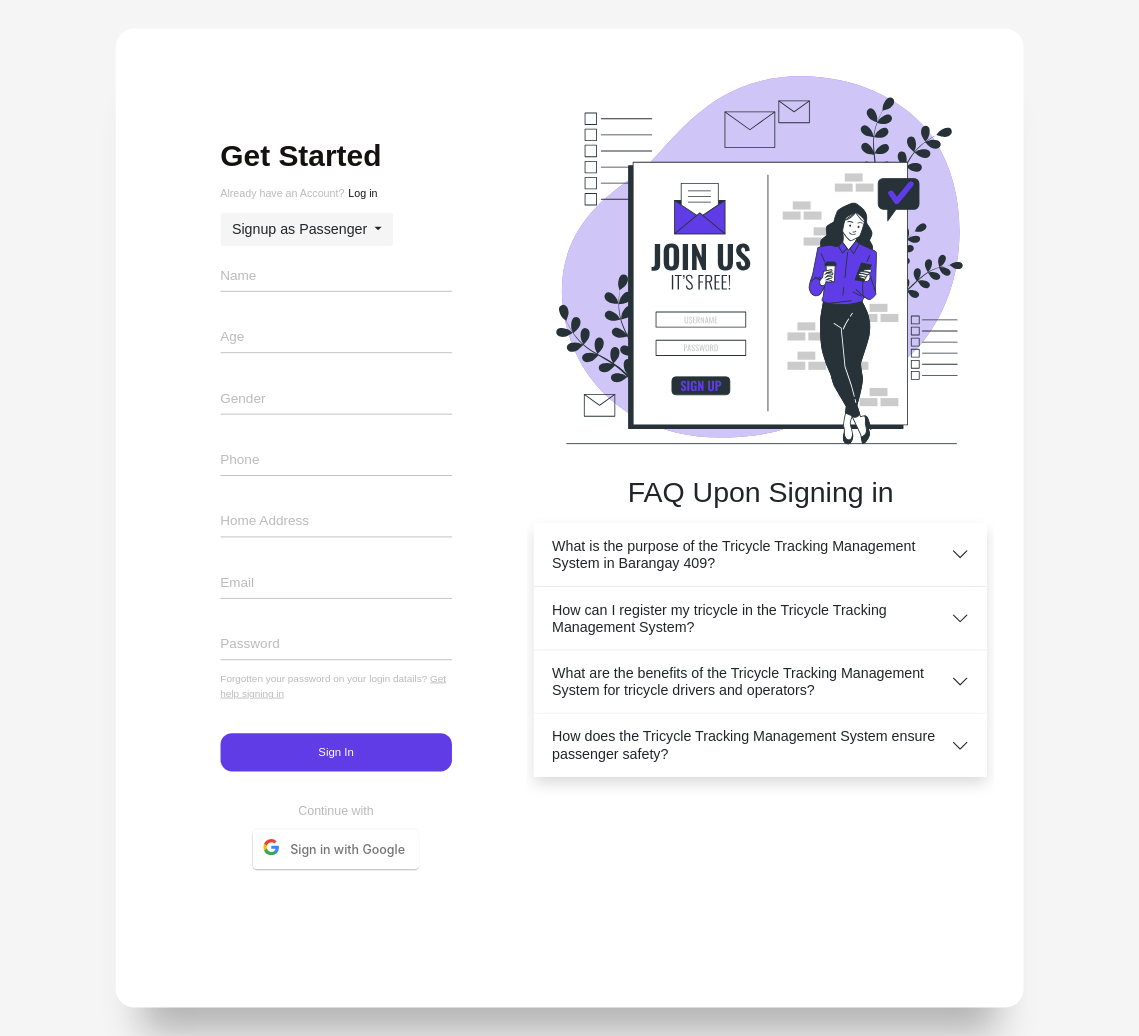
Repository: adrcstro/plate-to-place
Page: http://localhost/Loginsystem/Passenger.php
These files come from the project's save history. The page is drawn as it stood at one moment and after the next save; the edit follows.
The browser window is 1280 px wide. The pictures show the whole page, at 89% of full size.
Some web fonts or font styles are not loaded; a fallback is used. Some web libraries are served in a nearby version. The page is run by PHP 8.4 with error messages shown; the project is at /var/www/html/.

Above is the page before, as saved 2023-10-31 15:42:51.

### Loginsystem/Passenger.php
<!DOCTYPE html>
<html lang="en">
<head>
    <meta charset="UTF-8">
    <meta name="viewport" content="width=device-width, initial-scale=1.0">
    <link rel="shortcut icon" type="x-icon" href="../images/webicon.png">
    <link rel="stylesheet" href="../css/bootstrap.min.css">
    <link rel="stylesheet" href="https://cdnjs.cloudflare.com/ajax/libs/font-awesome/6.3.0/css/all.min.css" integrity="sha512-SzlrxWUlpfuzQ+pcUCosxcglQRNAq/DZjVsC0lE40xsADsfeQoEypE+enwcOiGjk/bSuGGKHEyjSoQ1zVisanQ==" crossorigin="anonymous" referrerpolicy="no-referrer"/>
    <link rel="stylesheet" href="passenger.css">

    <title>Brangay409-3WHeel-Tracking-System</title>
</head>

<body>

<main>
      <div class="box">
        <div class="inner-box">
          <div class="forms-wrap">
            <form action="index.html" autocomplete="off" class="sign-in-form">

<script>
    function changeLoginType(type) {
        document.getElementById('loginDropdown').innerText = 'Login as ' + type;
    }
</script>
              <div class="heading">
                <h2>Get Started</h2>
                <h6>Already have an Account?</h6>
                <a href="login.php" class="loginaccount" data-target="img-2">Log in</a>
              </div>
              <div class="dropdown">
    <button class="btn dropdown-toggle" type="button" data-bs-toggle="dropdown" aria-expanded="false" id="loginDropdown">
        Signup as Passenger
    </button>
    <ul class="dropdown-menu">
        <li><a class="dropdown-item" href="Passenger.php" onclick="changeLoginType('Passenger')">Passenger</a></li>
        <li><a class="dropdown-item" href="Driverlogin.php" onclick="changeLoginType('Driver')">Driver</a></li>

    </ul>
</div>
<div class="formsignin">



              <div class="actual-form">
                <div class="input-wrap">
                  <input
                    type="text"
                    minlength="4"
                    class="input-field"
                    autocomplete="off"
                    required
                  />
                  <label>Name</label>
                </div>

                <div class="input-wrap">
                  <input
                    type="password"
                    minlength="4"
                    class="input-field"
                    autocomplete="off"
                    required
                  />
                  <label>Age</label>
                </div>

                <div class="input-wrap">
                  <input
                    type="text"
                    minlength="4"
                    class="input-field"
                    autocomplete="off"
                    required
                  />
                  <label>Gender</label>
                </div>

                <div class="input-wrap">
                  <input
                    type="text"
                    minlength="4"
                    class="input-field"
                    autocomplete="off"
                    required
                  />
                  <label>Phone</label>
                </div>
                <div class="input-wrap">
                  <input
                    type="text"
                    minlength="4"
                    class="input-field"
                    autocomplete="off"
                    required
                  />
                  <label>Home Address</label>
                </div>

                <div class="input-wrap">
                  <input
                    type="text"
                    minlength="4"
                    class="input-field"
                    autocomplete="off"
                    required
                  />
                  <label>Email</label>
                </div>
                <div class="input-wrap">
                  <input
                    type="text"
                    minlength="4"
                    class="input-field"
                    autocomplete="off"
                    required
                  />
                  <label>Password</label>
                </div>
                <p class="text">
                  Forgotten your password on your login datails?

                  <a href="Forgotpassword.php" data-target="img-2">Get help signing in</a>
                </p>
                <input type="submit" value="Sign In" class="sign-btn" />
                <h5 id="textcon">Continue with</h5>
                <button type="button" class="login-with-google-btn" >
                Sign in with Google
                 </button>
              </div>
              </div>
            </form>


          </div>
          <div class="carousel">
  <div class="images-wrapper">
    <img src="../images/Signup.svg" class="image img-2 show" alt="" />
  </div>

  <div class="col-md-12">
         <h2 class="mt-2 text-center" id="FAQ">FAQ Upon Signing in</h2>
         <div class="accordion accordion-flush p-2" id="accordionFlushExample">
          <div class="accordion-item bg-white shadow">
            <h2 class="accordion-header">
              <button class="accordion-button collapsed" type="button" data-bs-toggle="collapse" data-bs-target="#flush-collapseOne" aria-expanded="false" aria-controls="flush-collapseOne">
                What is the purpose of the Tricycle Tracking Management System in Barangay 409?
              </button>
            </h2>
            <div id="flush-collapseOne" class="accordion-collapse collapse" data-bs-parent="#accordionFlushExample">
              <div class="accordion-body">The Tricycle Tracking Management System aims to streamline tricycle operations and ensure passenger safety and efficient transportation services within the barangay.</div>
            </div>
          </div>
          <div class="accordion-item shadow">
            <h2 class="accordion-header">
              <button class="accordion-button collapsed" type="button" data-bs-toggle="collapse" data-bs-target="#flush-collapseTwo" aria-expanded="false" aria-controls="flush-collapseTwo">
                How can I register my tricycle in the Tricycle Tracking Management System?
              </button>
            </h2>
            <div id="flush-collapseTwo" class="accordion-collapse collapse" data-bs-parent="#accordionFlushExample">
              <div class="accordion-body">To register your tricycle, visit the barangay office and submit the required documents, including the tricycle's registration papers, driver's license, and other necessary permits.</div>
            </div>
          </div>
          <div class="accordion-item shadow">
            <h2 class="accordion-header">
              <button class="accordion-button collapsed" type="button" data-bs-toggle="collapse" data-bs-target="#flush-collapseThree" aria-expanded="false" aria-controls="flush-collapseThree">
                What are the benefits of the Tricycle Tracking Management System for tricycle drivers and operators?
              </button>
            </h2>
            <div id="flush-collapseThree" class="accordion-collapse collapse" data-bs-parent="#accordionFlushExample">
              <div class="accordion-body">The system provides improved transparency in fare collection, enhances security measures for both drivers and passengers, and facilitates better route planning, leading to increased efficiency and profitability for tricycle operators.
              </div>
            </div>
          </div>

          <div class="accordion-item shadow">
            <h2 class="accordion-header">
              <button class="accordion-button collapsed" type="button" data-bs-toggle="collapse" data-bs-target="#flush-collapseFour" aria-expanded="false" aria-controls="flush-collapseFour">
                How does the Tricycle Tracking Management System ensure passenger safety?
              </button>
            </h2>
            <div id="flush-collapseFour" class="accordion-collapse collapse" data-bs-parent="#accordionFlushExample">
              <div class="accordion-body">The system integrates safety measures such as  Report Management, Legal Action Provider, and driver identification features, which enable swift responses to any emergency situations during tricycle rides.</div>
            </div>
          </div>



        </div>
         </div>


</div>
        </div>
      </div>
    </main>



</body>
<script src="../js/bootstrap.bundle.js"></script>
    <script src="login.js"></script>

</html>

### Loginsystem/passenger.css
@import url("https://fonts.googleapis.com/css2?family=Poppins:wght@200;300;400;500;600;700;800&display=swap");
@import url('https://fonts.googleapis.com/css2?family=Advent+Pro:wght@200&display=swap');
@import url('https://fonts.googleapis.com/css2?family=Advent+Pro:wght@200&family=Montserrat+Alternates&display=swap');
@import url('http://fonts.googleapis.com/css?family=Open+Sans:400,700');
*,
*::before,
*::after {
  padding: 0;
  margin: 0;
  box-sizing: border-box;
}
#textcon{
  padding: 4px;
  text-align: center;
  color: #bababa;
  font-size: 14px;
}
.login-with-google-btn {
  transition: background-color .3s, box-shadow .3s;
  padding: 12px 16px 12px 42px;
  border: none;
  border-radius: 5px;
  box-shadow: 0 -1px 0 rgba(0, 0, 0, .04), 0 1px 1px rgba(0, 0, 0, .25);
  display: block;
    margin: auto;
  color: #757575;
  font-size: 14px;
  font-weight: 500;
  font-family: -apple-system,BlinkMacSystemFont,"Segoe UI",Roboto,Oxygen,Ubuntu,Cantarell,"Fira Sans","Droid Sans","Helvetica Neue",sans-serif;

  background-image: url(data:[embedded picture, 822 characters]);
  background-color: white;
  background-repeat: no-repeat;
  background-position: 12px 11px;

  &:hover {
    background-color: #f3f3f3b6;
  }

  &:active {
    background-color: #eeeeee;
  }
}
  &:focus {
    outline: none;
    box-shadow:
      0 -1px 0 rgba(0, 0, 0, .04),
      0 2px 4px rgba(0, 0, 0, .25),
      0 0 0 3px #c8dafc;
  }

.logo {
  text-align: center;
}
.logo br {
  font-size: 1px; /* Adjust the font size as per your requirement */
}
body,
input {
  font-family: 'Montserrat Alternates', sans-serif;

}
#loginDropdown{
  background-color: whitesmoke;
}

main {
  width: 100%;
  min-height: 100vh;
  overflow: hidden;
  background-color: whitesmoke;
  padding: 2rem;
  display: flex;
  align-items: center;
  justify-content: center;
}

.box {
  position: relative;
  width: 100%;
  max-width: 1020px;
  height: 1100px;
  background-color: #fff;
  border-radius: 1.3rem;
  box-shadow: 0 60px 40px -30px rgba(0, 0, 0, 0.27);
}

.inner-box {
  position: absolute;
  width: calc(100% - 4.1rem);
  height: calc(100% - 4.1rem);
  top: 50%;
  left: 50%;
  transform: translate(-50%, -50%);
}

.forms-wrap {
  position: absolute;
  height: 100%;
  width: 45%;
  top: 0;
  left: 0;
  display: grid;
  grid-template-columns: 1fr;
  grid-template-rows: 1fr;
  transition: 0.8s ease-in-out;
}

form {
  max-width: 260px;
  width: 100%;
  margin: 0 auto;
  height: 100%;
  display: flex;
  flex-direction: column;
  justify-content: space-evenly;
  grid-column: 1 / 2;
  grid-row: 1 / 2;
  transition: opacity 0.02s 0.4s;
  border: #aaa;
}

form.sign-up-form {
  opacity: 0;
  pointer-events: none;

}

.logo {
  display: flex;
  align-items: center;
}


.logo h4 {
  font-size: 1.1rem;
  margin-top: -9px;
  letter-spacing: -0.5px;
  color: #151111;
}

.heading h2 {
  font-size: 2.1rem;
  font-weight: 600;
  color: #151111;
}

.heading h6 {
  color: #bababa;
  font-weight: 400;
  font-size: 0.75rem;
  display: inline;
}

.toggle {
  color: #151111;
  text-decoration: none;
  font-size: 0.75rem;
  font-weight: 500;
  transition: 0.3s;
}

.toggle:hover {
  color: #8371fd;
}

.input-wrap {
  position: relative;
  height: 37px;
  margin-bottom: 2rem;
}

.input-field {
  position: absolute;
  width: 100%;
  height: 100%;
  background: none;
  border: none;
  outline: none;
  border-bottom: 1px solid #bbb;
  padding: 0;
  font-size: 0.95rem;
  color: #151111;
  transition: 0.4s;
}

label {
  position: absolute;
  left: 0;
  top: 50%;
  transform: translateY(-50%);
  font-size: 0.95rem;
  color: #bbb;
  pointer-events: none;
  transition: 0.4s;
}

.input-field.active {
  border-bottom-color: #151111;
}

.input-field.active + label {
  font-size: 0.75rem;
  top: -2px;
}
.logtext{
  margin-top: -1rem;
}
.sign-btn {
  display: inline-block;
  width: 100%;
  height: 43px;
  background-color: #603ce6;
  color: #fff;
  border: none;
  cursor: pointer;
  border-radius: 0.8rem;
  font-size: 0.8rem;
  margin-bottom: 2rem;
  transition: 0.3s;
}
.show {
  display: block;
}

.FAQESTION{
  margin-top: -3rem;
}



.hide {
  display: none;
}

.sign-btn:hover {
  background-color: #6a5cc4;
}

.text {
  color: #bbb;
  font-size: 0.7rem;
  transform: translateY(-20px);
}

.text a {
  color: #bbb;
  transition: 0.3s;

}




.text a:hover {
  color: #8371fd;
}

main.sign-up-mode form.sign-in-form {
  opacity: 0;
  pointer-events: none;
}

main.sign-up-mode form.sign-up-form {
  opacity: 1;
  pointer-events: all;
}

main.sign-up-mode .forms-wrap {
  left: 55%;
}

main.sign-up-mode .carousel {
  left: 0%;
}

.carousel {
  position: absolute;
  height: 100%;
  width: 55%;
  left: 45%;
  top: 0;
  background-color: white;
  border-radius: 2rem;
  display: grid;
  grid-template-rows: auto 1fr;
  padding-bottom: 2rem;
  overflow: hidden;
  transition: 0.8s ease-in-out;
}

.images-wrapper {
  display: grid;
  grid-template-columns: 1fr;
  grid-template-rows: 1fr;
}
.hide {
  display: none;
}
.image {
  width: 100%;
 height: 90%;
  grid-column: 1/2;
  grid-row: 1/2;
  opacity: 0;
  transition: opacity 0.3s, transform 0.5s;
}

.img-1 {
  transform: translate(0, -50px);
}

.img-2 {
  transform: scale(0.4, 0.5);
}

.img-3 {
  transform: scale(0.3) rotate(-20deg);
}

.image.show {
  opacity: 1;
  transform: none;
}

.text-slider {
  display: flex;
  align-items: center;
  justify-content: center;
  flex-direction: column;
margin-top: -4rem;

}

.text-wrap {
  max-height: 3.1rem;
  overflow: hidden;
  margin-bottom: 2.3rem;
}

.text-group {
  display: flex;
  flex-direction: column;
  text-align: center;
  transform: translateY(0);
  transition: 0.5s;
}

.text-group h2 {
  line-height: 2.2rem;
  font-weight: 600;
  font-size: 1.6rem;
}

.bullets {
  display: flex;
  align-items: center;
  justify-content: center;
  margin-top: -2.4rem;
}

.bullets span {
  display: block;
  width: 0.5rem;
  height: 0.5rem;
  background-color: #aaa;
  margin: 0 0.25rem;
  border-radius: 50%;
  cursor: pointer;
  transition: 0.3s;
}
.dropdown{
  position: relative; /* or any other position value that suits your layout */
  top: 3rem;
}
.actual-form{
  margin-top: -6rem;
}
.bullets span.active {
  width: 1.1rem;
  background-color: #151111;
  border-radius: 1rem;
}
.actual-form{
  margin-top: 20px;
  }
  .col-md-12{
    margin-top: -4rem;
  }

  .sign-in-form{
    margin-top: -4rem;
  }
.formsignin{
  margin-top: -1rem;
}
.sign-in-form{
  margin-bottom: 4rem;
}

.loginaccount{
  color: #151111;
  text-decoration: none;
  font-size: 0.75rem;
  font-weight: 500;
  transition: 0.3s;
}
.loginaccount:hover{
  color: #8371fd;
}

.heading{
  position: relative; /* or any other position value that suits your layout */
  top: 6rem;
}






@media (max-width: 850px) {
  .box {
    height: auto;
    max-width: 550px;
    overflow: hidden;
  }

  .inner-box {
    position: static;
    transform: none;
    width: revert;
    height: revert;
    padding: 2rem;
  }

  .forms-wrap {
    position: revert;
    width: 100%;
    height: auto;
  }

  form {
    max-width: revert;
    padding: 1.5rem 2.5rem 2rem;
    transition: transform 0.8s ease-in-out, opacity 0.45s linear;
  }

  .heading {
    margin: 2rem 0;
  }

  form.sign-up-form {
    transform: translateX(100%);
  }

  main.sign-up-mode form.sign-in-form {
    transform: translateX(-100%);
  }

  main.sign-up-mode form.sign-up-form {
    transform: translateX(0%);
  }

  .carousel {
    position: revert;
    height: auto;
    width: 100%;
    padding: 3rem 2rem;
    display: flex;
  }

  .images-wrapper {
    display: none;
  }

  .text-slider {
    width: 100%;
  }

  .text-slider{
    margin-top: 3rem;
}
.actual-form{
margin-top: 2rem;
}
.col-md-12{
  margin-top: -3rem;
}
.dropdown{
  margin-top: -1rem;
}
.sign-in-form{
  margin-top: -1rem;
}

.formsignin{
  margin-top: 1rem;
}


}

@media (max-width: 528px) {
  main {
    padding: 1rem;
  }

  .box {
    border-radius: 2rem;
  }

  .inner-box {
    padding: 1rem;
  }

  .carousel {
    padding: 1.5rem 1rem;
    border-radius: 1.6rem;
  }

  .text-wrap {
    margin-bottom: 1rem;
  }

  .text-group h2 {
    font-size: 1.2rem;
  }

  form {
    padding: 1rem 2rem 1.5rem;
  }

  .bullets{
    margin-top: -1rem;
}
.col-md-12{
  margin-top: 1rem;
}


}








@media (max-width: 390px) {
    .text-slider{
        margin-top: 2rem;
    }

}

### Loginsystem/login.js
const inputs = document.querySelectorAll(".input-field");
const toggle_btn = document.querySelectorAll(".toggle");
const main = document.querySelector("main");
const bullets = document.querySelectorAll(".bullets span");
const images = document.querySelectorAll(".image");

inputs.forEach((inp) => {
  inp.addEventListener("focus", () => {
    inp.classList.add("active");
  });
  inp.addEventListener("blur", () => {
    if (inp.value != "") return;
    inp.classList.remove("active");
  });
});

toggle_btn.forEach((btn) => {
  btn.addEventListener("click", () => {
    main.classList.toggle("sign-up-mode");
  });
});

function moveSlider() {
  let index = this.dataset.value;

  let currentImage = document.querySelector(`.img-${index}`);
  images.forEach((img) => img.classList.remove("show"));
  currentImage.classList.add("show");

  const textSlider = document.querySelector(".text-group");
  textSlider.style.transform = `translateY(${-(index - 1) * 2.2}rem)`;

  bullets.forEach((bull) => bull.classList.remove("active"));
  this.classList.add("active");
}

bullets.forEach((bullet) => {
  bullet.addEventListener("click", moveSlider);
});

document.addEventListener('DOMContentLoaded', function () {
  const toggleLinks = document.querySelectorAll('.toggle');
  toggleLinks.forEach(function(toggleLink) {
    toggleLink.addEventListener('click', function (event) {
      event.preventDefault();
      const targetId = toggleLink.getAttribute('data-target');
      const textSlider = document.querySelector('.text-group');
      if (targetId === 'img-1') {
        const targetText = 'Get Started';
        textSlider.innerHTML = `<h2>${targetText}</h2>`;
      } else if (targetId === 'img-2') {
        const targetText = 'Join us';
        textSlider.innerHTML = `<h2>${targetText}</h2>`;
      }
    });
  });
});

Loaded but not shown: css/bootstrap.min.css (library); js/bootstrap.bundle.js (library); Images/Signup.svg (1 lines, source omitted)

After the next save:
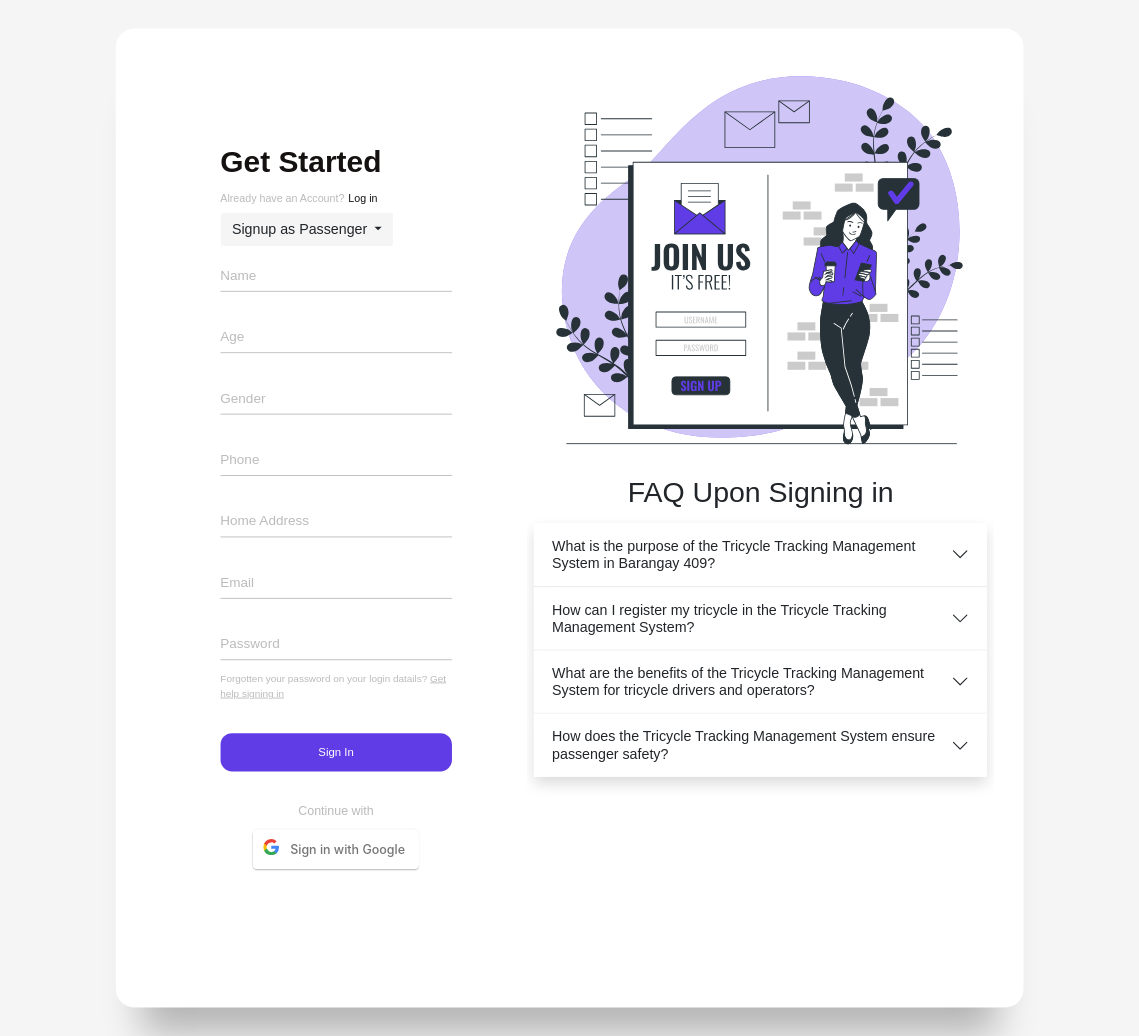
Saved 12 s later.
--- a/Loginsystem/passenger.css
+++ b/Loginsystem/passenger.css
@@ -411,7 +411,7 @@ margin-top: -4rem;
 
 .heading{
   position: relative; /* or any other position value that suits your layout */
-  top: 6rem;
+  top: 6.4rem;
 }
 
 
